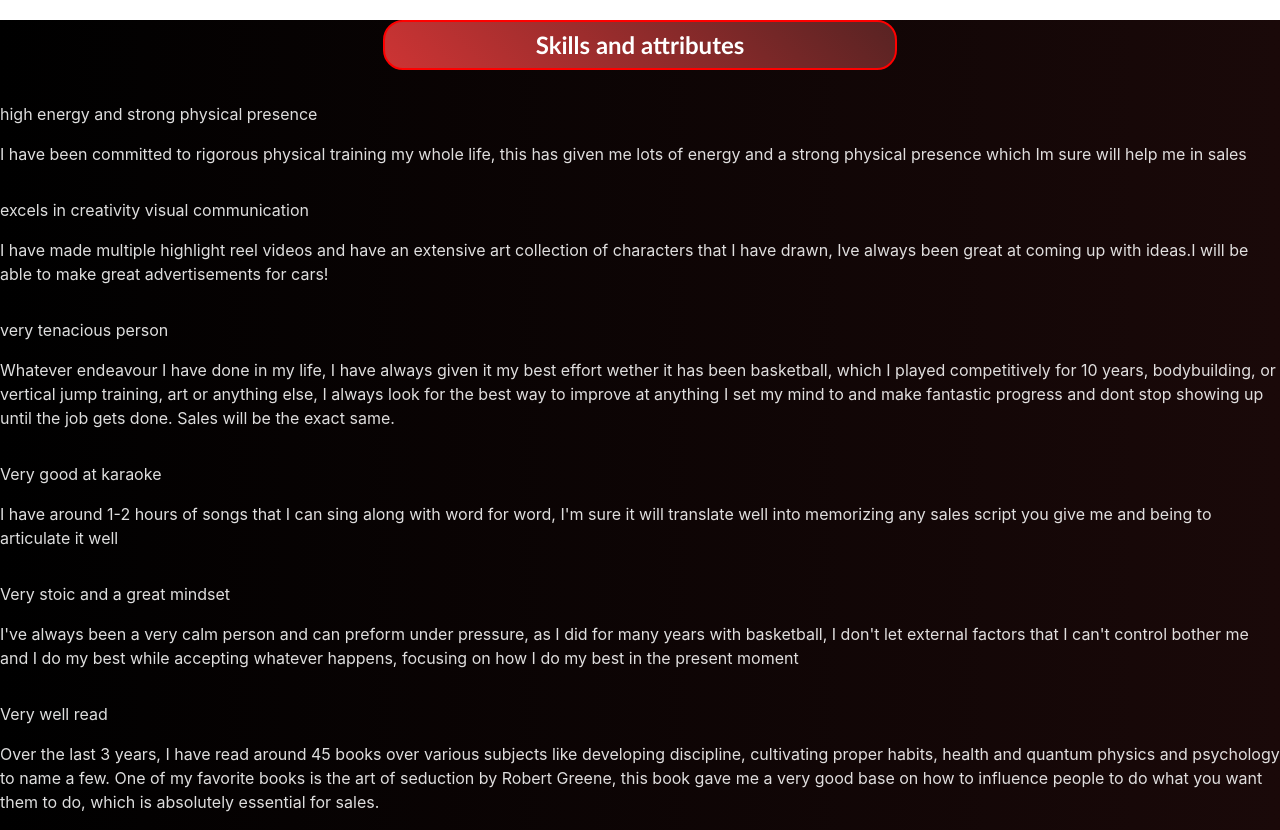
Repository: TMuse333/resume1
Page: /
The author's editor kept a copy of each file at every save. The page is drawn from the files as they stood at one save, then again after the next save.
The browser window is 1280 px wide. The pictures show the whole page.
The project was rebuilt for these pictures with package versions that can differ from the ones it lists, and the page was loaded fresh each time. Also part of the build but not shown: vite.config.js, src/components/navbar.jsx, src/components/about.jsx, src/components/contact.jsx, src/components/footer.jsx, src/components/experience.jsx, src/components/carousel.jsx, src/components/experienceCarousel.jsx and 4 more. Imported but missing from the stored project, and not drawn on this page: src/images/best_dunk.mp4.

Above is the page before, as saved 2023-10-18 15:14:40.

### index.html
<!doctype html>
<html lang="en">
  <head>
    <meta charset="UTF-8" />

    <meta name="viewport" content="width=device-width, initial-scale=1.0" />
    <title>Thomas Musial Resume 1</title>
  </head>
  <body>
    <div id="root"></div>
    <script type="module" src="/src/main.jsx"></script>
  </body>
</html>

### src/main.jsx
import './index.css'
import * as React from 'react';
import { StrictMode } from 'react';
import { createRoot } from 'react-dom/client';
import { BrowserRouter } from 'react-router-dom';

import App from './App';

const rootElement = document.getElementById('root');
const root = createRoot(rootElement);

root.render(
  <StrictMode>
    <BrowserRouter>
      <App />
    </BrowserRouter>
  </StrictMode>
);

### src/index.css
:root {
  font-family: Inter, system-ui, Avenir, Helvetica, Arial, sans-serif;
  line-height: 1.5;
  font-weight: 400;

  /* color-scheme: light dark; */
  color: rgba(255, 255, 255, 0.87);
  background-color: #242424;

  font-synthesis: none;
  text-rendering: optimizeLegibility;
  -webkit-font-smoothing: antialiased;
  -moz-osx-font-smoothing: grayscale;
  -webkit-text-size-adjust: 100%;
}

a {
  font-weight: 500;
/* color:black; */
  text-decoration: inherit;
}
a:hover {

}

body {
  margin: 0;
  display: flex;
  place-items: center;
  min-width: 320px;
  min-height: 100vh;
}

h1 {
  font-size: 3.2em;
  line-height: 1.1;
}

button {
  border-radius: 8px;
  border: 1px solid transparent;
  padding: 0.6em 1.2em;
  font-size: 1em;
  font-weight: 500;
  font-family: inherit;

  cursor: pointer;
  transition: border-color 0.25s;
}
button:hover {

}
button:focus,
button:focus-visible {

}

@media (prefers-color-scheme: light) {
  :root {
    /* color: #213547; */
    background-color: #ffffff;
  }
  a:hover {

  }
  button {
    background-color: #f9f9f9;
  }
}

### src/App.jsx
import { useState } from 'react'
import './App.css'
import {
  BrowserRouter as Router,

  Route, Routes

} from "react-router-dom";




import MainLayout from './components/MainLayout';

import { SkillProvider } from './context/context'
import FAQ from './components/FAQ';
import Progress from './components/progress';


function App() {
  return (
    <>

    <SkillProvider>
   <Routes>

      <Route path='/' element={<MainLayout/>}/>
     <Route path="/FAQ" element={<FAQ/>}/>
     <Route path="/progress" element={<Progress/>}/>
      </Routes>
      </SkillProvider>


   </>
  );
}

export default App;

### src/App.css


:root {
  --primary-color: #000000; /* Dark blue */
  --secondary-color: #1a0909; /* Medium blue */
  --background-color: #180c0c; /* Darker blue for background */
  --color-3:#cd3434;
  --color-4:#582323;
  --text-color: rgb(1, 0, 0); /* White text */
  --accent-color: #828282; /* Lighter blue as an accent color */
}

.body,
html {
  color: var(--text-color);
}


.header-container{
 display: flex;
 justify-content: space-between;
 align-items: center;
 width: 8vw;

 top: 0px;
 background: blue;
 height: 5px;
 z-index: 10000;


}

.logo{
  margin-top: 5px;
  margin-left: 20px;
}

.profile-picture-container{
  width: 100vw;
  background: linear-gradient( var(--primary-color), var(--secondary-color));
  display: flex;
  align-items: center;
  justify-content: center;
  height: 20rem;
}

.profile-picture{
  object-fit: contain;
height:100%;


}

.nav-list{
  color:white;
  list-style: none;
padding: 0;
  padding-bottom: 10px; /* Remove any default padding */
  margin: 0;
  transform: translate(15px,60px);
  width: 55%;
  background: linear-gradient(var(--primary-color),var(--secondary-color));




}

.list-container {
  position: relative;
  display: flex;
  flex-direction: column;
  align-items: center; /* Vertically center-align the items */
  text-align: center;
  ; /* Horizontally center-align the text within li elements */
}

.nav-button{
  margin-right: 20px;
  transform: translate(1rem,3.5rem);
  background-color: transparent;
  color:white;
}

.header-container button{

}



.about-container {
  margin-top: 30px;
  display: flex;
  justify-content: center;
  align-items: center;
  flex-direction: column;
 width: 100vw;
  margin-bottom: -2rem;
 background: linear-gradient(45deg, var(--primary-color), var(--secondary-color));
}



.about {
  text-align: center;
}

.about h1{

  text-shadow: 2px 2px 10px rgb(77, 77, 77)
}

.title{
  margin-top: -15px;
  display: flex;

  flex-direction: column;
  text-align: center;
  justify-content: center;
  align-items: center;
  /* background: linear-gradient(to right, rgb(104, 73, 11), #FFA500); */


  padding-left: 10px;
  padding-right: 10px;


  margin-bottom: 10px;

}



.title h2{

  margin-top:-30px;
  text-align: center;
  flex-direction: column;
  text-shadow: 2px 2px 10px rgb(77, 77, 77)



}



.about p {
  padding:15px;
  font-size: 16px;
  font-weight: bold;
  color: white;
  background-color: var(--background-color);
  max-width: 1000px; /* Set the text color for the paragraph */
}

.image-gallery{
  display: flex;
  position: relative;
  justify-content: center; /* Horizontally center-align its children */
  align-items: center;

}

.image-container{
  display: flex;
  flex-direction: column;
  align-items: center;
  justify-content: center;
  background-color: #1f140f;


}





.image-gallery button{
  background-color: transparent;
  height: 20px;


}

.skills-section {

  background: linear-gradient(to right, var(--primary-color), var(--secondary-color));
  width: 100vw;

}

.section-title {

  font-size: 1.5rem;
  margin-bottom: 1rem;
  align-items: center;
  justify-content: center;
  text-align: center;
  border: 2px solid red;
  width:300px;
  margin-left: auto;
  margin-right: auto;
}




.attribute-container p{
  color:wheat;


}










.description-content button {
  margin-top: 10px;
  background-color: rgb(66, 55, 55);
  width:100px;

}





.section-title{
  background: linear-gradient(45deg, var(--color-3), var(--color-4));
  color: rgb(255, 255, 255);
  border-radius: 20px;
  padding:5px;
  font-family: 'Trebuchet MS', 'Lucida Sans Unicode', 'Lucida Grande', 'Lucida Sans', Arial, sans-serif;
}

.title h1 {
  font-family: 'Helvetica Neue', Helvetica, Arial, sans-serif; /* Use a dominant font family */
  font-weight: bold; /* Apply a bold weight */

  letter-spacing: 0px; /* Adjust letter spacing for clarity */
  text-transform: uppercase; /* Optionally, transform text to uppercase */
  color: rgb(209, 89, 89);
  text-shadow: 2px 2px 10px rgb(104, 92, 71);
}

.title p{
  font-family: 'Times New Roman', serif; /* Choose a serif font for an intellectual touch */
  font-weight: normal; /* Adjust font weight as needed */
   /* Set an appropriate font size */
  letter-spacing: 0.5px; /* Adjust letter spacing for clarity */
  color: #1f140f;
  white-space: nowrap;
  text-align: center;
}




.card-container{
  position: relative;
  display: flex;
  flex-direction: column;
  align-items: center; /* Center horizontally */
  justify-content: center; /* Center vertically */
  text-align: center;

  z-index: 0;

}

.experience-image{

  width: 200px;
}

.card-container h2{
  font-weight: bold;
  color: rgba(235, 231, 13);
  text-shadow: 2px 2px 4px rgba(63, 62, 3, 0.87);
}

.card-container p{
  margin-top: 10px;
  color: #fff;
  font-weight: bold;
  font-family: 'Montserrat', sans-serif;
  width:60%

}

.exp-carousel{
  background: linear-gradient(to right, var(--primary-color), var(--secondary-color));
  display: flex;
  width: 100vw;
}

.exp-carousel button{
  height:40px;

  margin-top: auto;
  margin-bottom: auto;

}



.carousel-container{
  margin-top: 50px;
  height: max-content;
  display: flex;

  justify-content: center;
  align-items: center;

}

.carousel2{
  margin-top: -50px;
  background: linear-gradient( var(--primary-color), var(--secondary-color));
  width: 100vw;
  text-align: center;
}

.carousel h1{
  padding-top: 10px;
margin-top: 0rem;
text-align: center;
color:white;
text-shadow: 2px 2px 10px rgb(77, 77, 77)

}


.carousel-container button:first-child{
  position: absolute;
  left:5%;
  z-index: 10;

}

.carousel-container button:last-child{
  position: absolute;
  right:5%;
  z-index: 10;

}







.images-container{
  display: flex;
  overflow: auto;
  white-space: nowrap;
  max-width: 100vw;
  gap:40px;
}


.contact-container{
  background: linear-gradient(to right, var(--primary-color), var(--secondary-color));
  margin-top:0rem;
  display: flex;
  flex-direction: column;
  align-items: center;
  width:100vw;


}

.contact-container h1{
  text-shadow: 2px 2px 10px rgb(77, 77, 77)
}

.contact-container p{
  padding-left: 25px;
  padding-right: 25px;
  color: #555;
  font-weight: bold;
}

.contact-container button{
  margin-top: 30px;
  margin-bottom: 30px;
  color:black;
}

.contact-container a{
  color:black;
}

.contact{
   background: var(--background-color);
  margin-bottom: 30px;
}

.contact p{
  background-color: var(--background-color);
  color:white;
  padding-top: 10px;
  padding-bottom: 10px;
}

.social-media{
  display: grid;
  grid-template-columns: repeat(auto-fill, minmax(300px, 1fr)); /* Change 300px to your desired minimum column width */
  gap: 20px;
  width: 100vw;
  background-color: rgb(234, 143, 74);

}

.instagram{
  display: flex;
  flex-direction: column;
  margin-bottom: 20px;
  align-items: center;



}

.instagram img{
  height:30rem;
}

.instagram a{
  margin-top: 10px;
  color: #1f140f;
  font-size: large;
  background-color: #cd4c2f;

  text-align: center;

  padding-left: 30px;
  padding-right: 30px;

}

.youtube{
  align-items: center;
  justify-content: center;
  display: flex;
  flex-direction: column;

}

.youtube a{
  margin-top: -25px;
  margin-bottom: 100px;
  color: #1f140f;
  background-color: #cd4c2f;
  padding-left: 30px;
  padding-right: 30px;
}

.footer-container{
  font-weight: bold;
 color:red;
  align-items: center;
  justify-content: center;
  display: flex;
  flex-direction: column;
  margin-left: auto;
  margin-right: auto;
  background: rgb(22, 18, 18);
  width:100vw;
}

.footer-list{


align-items: center;
gap: 20px;
display: flex;


}

.footer-list p{

}

.copyright{
  color:white;
}

.footer-list a{
  height: min-content;
  padding-top: 10px;
  font-weight: bold;
  color:white;
}






.faq-container{
  position: absolute;
  top:0;
 height:100vh;
 width:100vw;
  background: linear-gradient(to right, #F4A460, #FF8C00);

}

.faq-text {
margin-left: 25px;
}

.faq-container h1{
  margin-top: 75px;
}

.faq-footer{
  position: absolute;
  bottom:0;
  width: 100vw;
}

.link-container{
width: 100vw;
margin-top: 50px;
text-align: center;

}

.progress-container{
  display: flex;
width: 100vw;

flex-direction: column;
  justify-content: center;



}

.progress-images {
  margin-top:1rem;
  width:100vw;
  display: grid;
  justify-content: center;

   /* grid-template-columns: repeat(1, 1fr);
  grid-template-rows: repeat(8, 1fr);
  gap: 10px;  */


}


.progress-images img{
  margin-top:3rem;
}

.progress-description{
  width:100vw;

  text-align: center;
}



@media screen and (min-width: 415px) {
  .skills-container{
    /* grid-template-columns: 200px 200px ; */
  }

}




@media screen and (min-width: 760px)
 and (min-height: 415px)
 {

.footer-container{
  width:100vw;

}

.section-title{
  width:50px;
}

.about-container{
  width:100vw;
  margin-left: auto;
  margin-right: auto;
}
.header-container{
  width:100vw;
  color:yellow;

}

.nav-list{
  width:10vw;
  color:red;


}

  .list-container{

  }

  .social-media{
    grid-template-columns: repeat(2,1fr);
  }

  .profile-picture-container{
   width:100vw;
    height: 680px;

  }

  .footer-container{
    width:100vw;
  }

  .nav-list{
    display: flex;
    align-items: center;
    justify-content: space-between;
    /* padding-left: 20px;
    padding-right: 20px; */
    width: 100vw;
  }

  .nav-button{
    display: none;
  }

  .header-container{
    display: flex;
    justify-content: space-between;
    align-items: center;
    width: 100vw;
    position: fixed;
    top: 0px;

    height: 50px;
   }

   .list-container {
    position: absolute;
    display: flex;
    flex-direction: row;
    justify-content: space-between;
    left: 50%; /* Set the left position to the center of the parent container */
    transform: translateX(-50%);
    width: 75vw;
    margin-bottom:100px;
  }

  .title{
    margin-top: 10px;
  }

  .skills-container{
    width:100vw;
    display: grid;
    /* grid-template-columns: 200px 200px 200px 200px; */
  }

  .skills-section{
    width:100vw;

  }

  .section-title{
    width:500px;
    justify-content: center;
    margin-left: auto;
    margin-right: auto;
  }

  .experience-image{
max-width: 500px;
  }

  .progress-images{
    margin-top: 0;
     grid-template-columns: repeat(2, 450px);
  grid-template-rows: repeat(8, 0fr);

  }

  .progress-images img{
    margin-top: 2rem;

  }

  .card-container{
    /* width:100vw; */
  }


}

### src/components/MainLayout.jsx
import React from 'react';
import Navbar from './navbar';
import About from './about';
import Skills from './skills';

import ContactForm from './contact';
import Footer from './footer';
import Carousel from './carousel';



import ExperienceCarousel from './experienceCarousel';
import BulletPointList from './bulletPointList';

 // Replace with the actual path to your Navbar component

function MainLayout({ children }) {
  return (
   <>
   {/* <Navbar/> */}
   {/* <About/> */}
   <Skills/>
   {/* <BulletPointList/> */}
  {/* <Carousel/> */}
    {/* <ExperienceCarousel/> */}
    {/* <ContactForm/> */}
    {/* <Footer/> */}
    </>


  );
}

export default MainLayout;

### src/context/context.jsx
// SkillContext.js

import React, { createContext, useContext, useState } from 'react';

// Create the SkillContext
const SkillContext = createContext();

// Create a custom hook for accessing the SkillContext
export function useSkillContext() {
  return useContext(SkillContext);
}

// Create the SkillProvider component
export function SkillProvider({ children }) {
  const [selectedSkillIndex, setSelectedSkillIndex] = useState(null);

  return (
    <SkillContext.Provider value={{ selectedSkillIndex, setSelectedSkillIndex }}>
      {children}
    </SkillContext.Provider>
  );
}

### src/components/skills.jsx
import React, { useEffect, useState } from 'react';
import { motion } from 'framer-motion';
import { attributes } from './skillDesc';

import { services } from './skillDesc';
import { useSkillContext } from '../context/context';

const Skills = () => {
  const [skillsInView, setSkillsInView] = useState(Array(services.length).fill(false));
  const { selectedSkillIndex, setSelectedSkillIndex } = useSkillContext();
  const [isHovered, setIsHovered] = useState(-1)
  const [isSkillDescriptionVisible, setIsSkillDescriptionVisible] = useState(Array(services.length).fill(false));


  const handleSkillClick = (index) => {
    setSelectedSkillIndex(index);
    console.log(selectedSkillIndex)

    setIsSkillDescriptionVisible((prev) => {
      const newIsSkillDescriptionVisible = [...prev];
      newIsSkillDescriptionVisible[index] = !prev[index];

      return newIsSkillDescriptionVisible;
    });
  };



  const handleHover = () => {
        setIsHovered(index)
  }


  const style = (index) =>( {

    height: selectedSkillIndex === index  && isSkillDescriptionVisible[index]? '375px' : '200px',
    transition: 'height 0.3s ease-in-out',
  })





  const staggerVariants = {
    visible: (index) => ({
      opacity: 1,
      x: 0,
       // Always start from the center
      transition: {
        duration:  + 0.5,
      },
    }),
    hidden: (index) => ({
      opacity: 0,
      x: -100, // Alternate between left and right
    }),
  };

  const skillStyles = (index) => ({
    // boxShadow: isHovered === index ? '0 0 100px rgba(10, 128, 0, 1)' : null,
    backgroundColor: isHovered === index ? 'rgba(305, 100, 100, 1)' : 'transparent',

    transform: isHovered === index ? 'scale(1.2)' : 'scale(1)',
    padding: '10px',
    borderRadius: '30px'

});

  useEffect(() => {
    const handleScroll = () => {
      services.forEach((skill, index) => {
        const skillsSection = document.getElementById(`skill-${index}`);
        if (skillsSection) {
          const { top} = skillsSection.getBoundingClientRect();


          const threshold = 100

          // Check if the skills section is in the viewport with the calculated threshold
          const isInView = top < window.innerHeight - threshold  ;
      //    console.log(`Skill ${index} - top: ${top}, window.innerHeight - threshold: ${window.innerHeight - threshold}, isInView: ${isInView}`);
          // Update the skillsInView array with the new in-view state
          setSkillsInView((prevSkillsInView) => {
            const newSkillsInView = [...prevSkillsInView];
            newSkillsInView[index] = isInView || prevSkillsInView[index]; // Update the state to true if already in view
            return newSkillsInView;
          });
        }
      });
    };

    // Add an event listener for scroll
    window.addEventListener('scroll', handleScroll);

    // Clean up the event listener when the component unmounts
    return () => {
      window.removeEventListener('scroll', handleScroll);
    };
  }, []);




  return (
    <section className="skills-section">
      <h2 className="section-title">Skills and attributes</h2>
      <div className="skills-container ">
        {attributes.map((skill, index) => (
         <motion.div
         key={index}
         variants
         >
          <p>{skill.name}</p>
          <p>{skill.description}</p>
         </motion.div>
        ))}
      </div>
    </section>
  );
};

export default Skills;

Loaded but not shown: src/components/skillDesc.js (253 lines, source omitted)

After the next save:
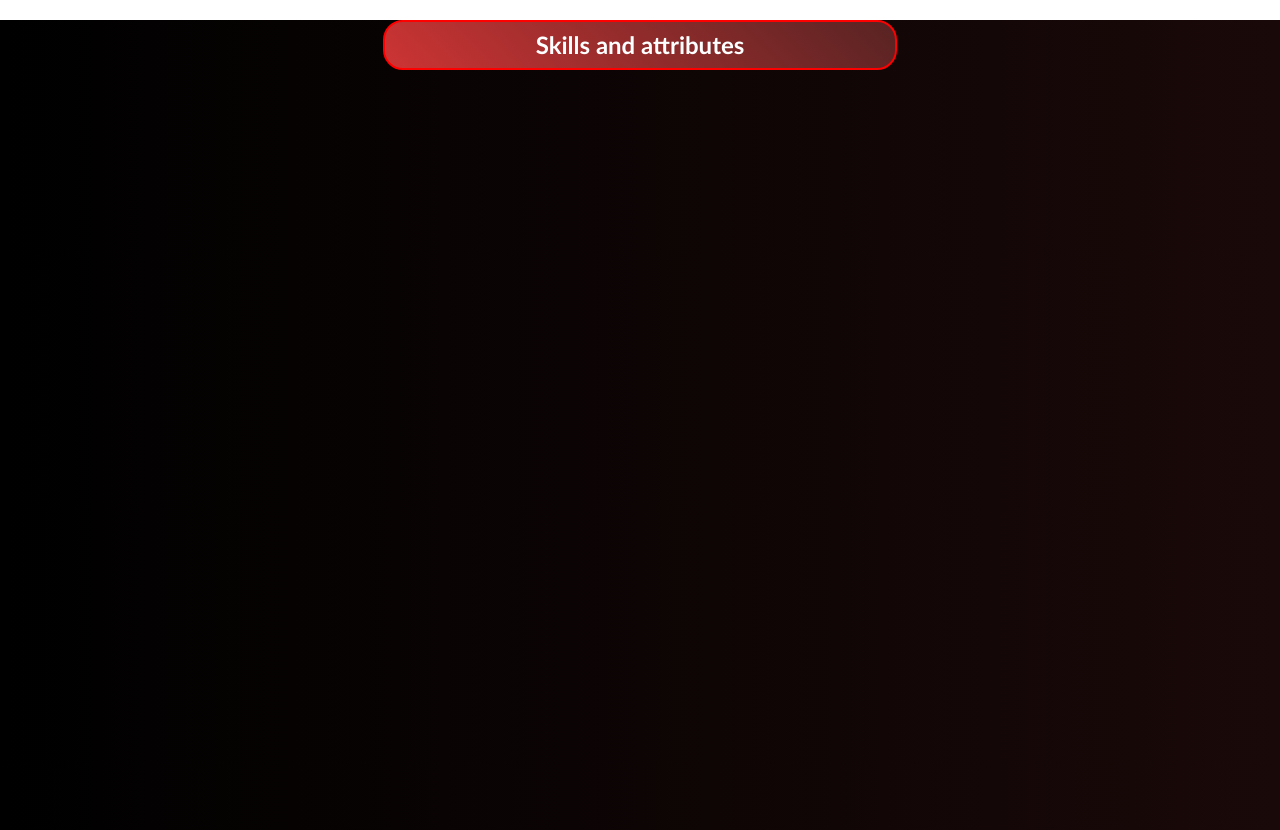
Saved 11 s later.
--- a/src/components/skills.jsx
+++ b/src/components/skills.jsx
@@ -108,7 +108,10 @@ const Skills = () => {
         {attributes.map((skill, index) => (
          <motion.div
          key={index}
-         variants
+         variants={staggerVariants}
+         initial="hidden"
+         animate={skillsInView[index] ? 'visible' : 'hidden'}
+         custom={index}
          >
           <p>{skill.name}</p>
           <p>{skill.description}</p>
